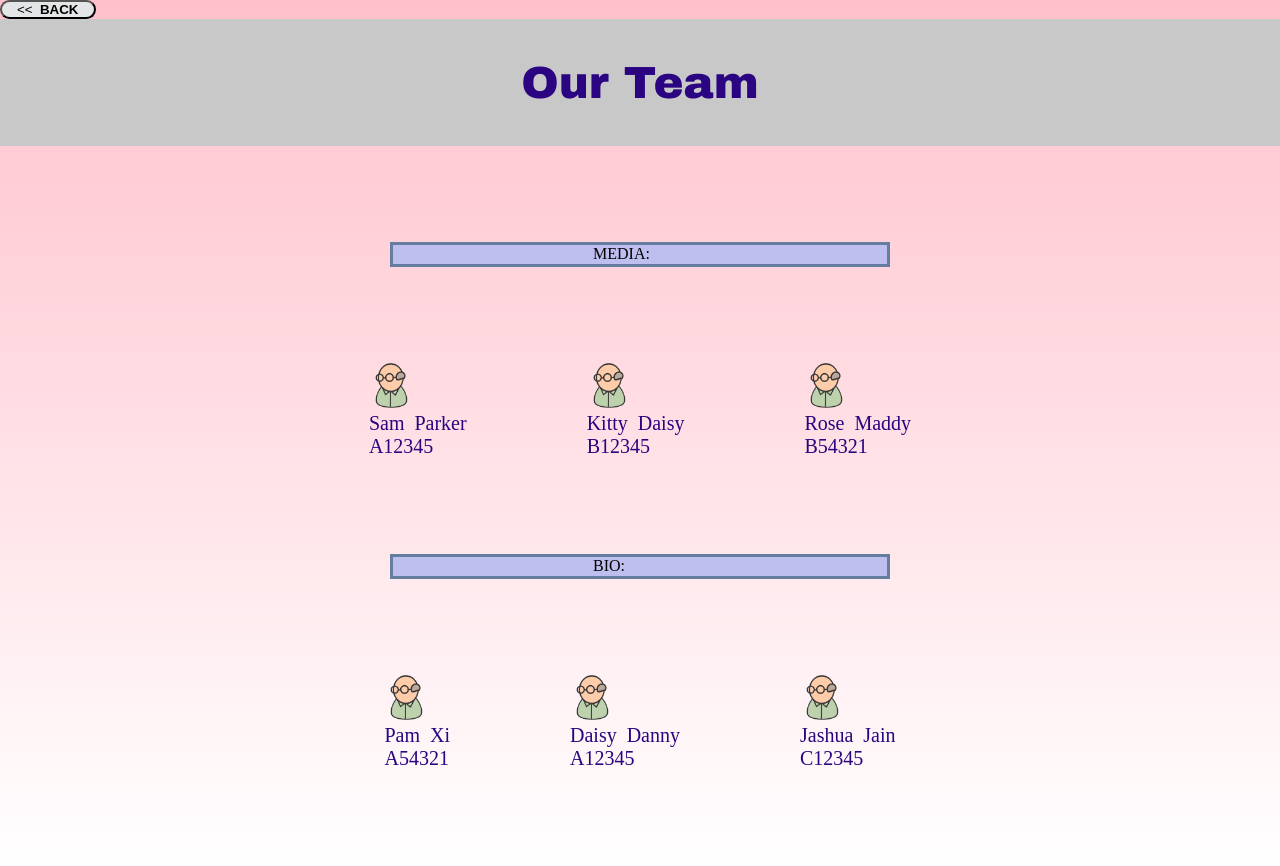
Repository: anoncoderin/madhu-assignment3
Page: /about
These files come from the project's save history. The page is drawn as it stood at one moment and after the next save; the edit follows.
The browser window is 1280 px wide. The pictures show the whole page.
The project was rebuilt for these pictures with package versions that can differ from the ones it lists, and the page was loaded fresh each time. The framework's server and built-in components were replaced by stand-ins that run in the browser. Also part of the build but not shown: next.config.js.

Above is the page before, as saved 2023-01-22 22:36:37.

### pages/about.js
import data from '../data/employee.json'
import { useState } from 'react'
import Link from 'next/link'
import Employee from '../components/Employee'
import styles from '@/styles/about.module.css'



export default function About() {
    console.log(data);
    const [information, setInformation] = useState([...data])
    return (

        <>
            <Link href="/"><button className={styles.button}>&lt;&lt;&nbsp;&nbsp;<b>BACK</b></button></Link>

            <div className={styles.header}>Our Team</div>

            <div className={styles.main}>
            <div className={styles.record}>MEDIA:</div>

            <div className={styles.row}>
            {

                information && information.map((info, index) => {
                    if (info.department === "Media") {
                        return (
                            <Employee key={index} employeeNumber={info.employeeNumber}
                                firstName={info.firstName}
                                lastName={info.lastName}
                            >
                            </Employee>

                        )
                    }

                }
                )
            }
            </div>

            <div className={styles.record}>BIO:</div>
            <div className={styles.row}>
            {
                information && information.map((info, index) => {
                    if (info.department === "Bio") {
                        return (
                            <Employee key={index} employeeNumber={info.employeeNumber}
                                firstName={info.firstName}
                                lastName={info.lastName}
                            >
                            </Employee>

                        )
                    }
                }
                )
            }
            </div>
            </div>

        </>

    )
}

### styles/globals.css
:root {
  --max-width: 1100px;
  --border-radius: 12px;
  --font-mono: ui-monospace, Menlo, Monaco, 'Cascadia Mono', 'Segoe UI Mono',
    'Roboto Mono', 'Oxygen Mono', 'Ubuntu Monospace', 'Source Code Pro',
    'Fira Mono', 'Droid Sans Mono', 'Courier New', monospace;

  --foreground-rgb: 0, 0, 0;
  --background-start-rgb: 255, 192, 203;
  --background-end-rgb: 255, 255, 255;

  --primary-glow: conic-gradient(
    from 180deg at 50% 50%,
    hsla(78, 61%, 87%, 0.2) 0deg,
    #0885ff33 55deg,
    #54d6ff33 120deg,
    #0071ff33 160deg,
    transparent 360deg
  );
  --secondary-glow: radial-gradient(
    rgba(255, 255, 255, 1),
    rgba(255, 255, 255, 0)
  );

  --tile-start-rgb: 239, 245, 249;
  --tile-end-rgb: 228, 232, 233;
  --tile-border: conic-gradient(
    #00000080,
    #00000040,
    #00000030,
    #00000020,
    #00000010,
    #00000010,
    #00000080
  );

  --callout-rgb: 238, 240, 241;
  --callout-border-rgb: 172, 175, 176;
  --card-rgb: 180, 185, 188;
  --card-border-rgb: 131, 134, 135;
}

@media (prefers-color-scheme: dark) {
  :root {
    --foreground-rgb: 255, 255, 255;
    --background-start-rgb: 0, 0, 0;
    --background-end-rgb: 0, 0, 0;

    --primary-glow: radial-gradient(rgba(1, 65, 255, 0.4), rgba(1, 65, 255, 0));
    --secondary-glow: linear-gradient(
      to bottom right,
      rgba(1, 65, 255, 0),
      rgba(1, 65, 255, 0),
      rgba(1, 65, 255, 0.3)
    );

    --tile-start-rgb: 2, 13, 46;
    --tile-end-rgb: 2, 5, 19;
    --tile-border: conic-gradient(
      #ffffff80,
      #ffffff40,
      #ffffff30,
      #ffffff20,
      #ffffff10,
      #ffffff10,
      #ffffff80
    );

    --callout-rgb: 20, 20, 20;
    --callout-border-rgb: 108, 108, 108;
    --card-rgb: 100, 100, 100;
    --card-border-rgb: 200, 200, 200;
  }
}

* {
  box-sizing: border-box;
  padding: 0;
  margin: 0;
}

html,
body {
  max-width: 100vw;
  overflow-x: hidden;
}

body {
  color: rgb(var(--foreground-rgb));
  background: linear-gradient(
      to bottom,
      transparent,
      rgb(var(--background-end-rgb))
    )
    rgb(var(--background-start-rgb));
}

a {
  color: inherit;
  text-decoration: none;
}

@media (prefers-color-scheme: dark) {
  html {
    color-scheme: dark;
  }
}

### data/employee.json

[
{
    "employeeNumber": "A12345",
    "firstName": "Sam",
    "lastName": "Parker",
    "department": "Media"
},
{
    "employeeNumber": "A54321",
    "firstName": "Pam",
    "lastName": "Xi",
    "department": "Bio"
},
{
    "employeeNumber": "B12345",
    "firstName": "Kitty",
    "lastName": "Daisy",
    "department": "Media"
},
{
    "employeeNumber": "B54321",
    "firstName": "Rose",
    "lastName": "Maddy",
    "department": "Media"
},
{
    "employeeNumber": "A12345",
    "firstName": "Daisy",
    "lastName": "Danny",
    "department": "Bio"
},
{
    "employeeNumber": "C12345",
    "firstName": "Jashua",
    "lastName": "Jain",
    "department": "Bio"
}





]

### components/Employee/index.js
import styles from '@/styles/about.module.css'
export default function Employee(
    {
        employeeNumber = "none",
        firstName = "none",
        lastName = "none",
        department = "none",
        image = 'icon/personThree.png'
    }
) {
    return (
        <div>
            <div>
                <img src={image} width="45px"></img>
            </div>

            <div className={styles.dpt}>
                <p> {firstName} &nbsp;
                    {lastName}<br></br>
                    {employeeNumber}
                </p>
            </div>
        </div>
    )
}

### styles/about.module.css
.header{
    display: flex;
    flex-direction: column;
    justify-content: space-between;
    align-items: center;
        padding: 39px;
    background-color: rgb(201, 200, 200);
    color: rgb(42, 4, 129);

    font-size: 45px;
    margin: 45;
    font-family: arial black;

}



.main {
    display: flex;
    flex-direction: column;
    justify-content: space-between;
    align-items: center;
    padding: 6rem;
    min-height: 100vh;
  }

  .dpt{
    color: rgb(42, 4, 129) ;
    font-size: 20px;

  }

  .record{
    padding-left: 200px;
    height: 25px;
    width: 500px;
    background-color: #bebeef;
    border-style:solid;
    border-color:#657d9f;
  }

  .row{
    display: flex;
    flex-direction: row;
    justify-content:space-evenly;
    gap: 120px;

  }
  .button{
    padding-left: 15px;
    padding-right: 15px;

    border-radius: 10px;
    background-color: #e4e5e6;
  }

Loaded but not shown: pages/_app.js (common file); pages/_document.js (common file)

After the next save:
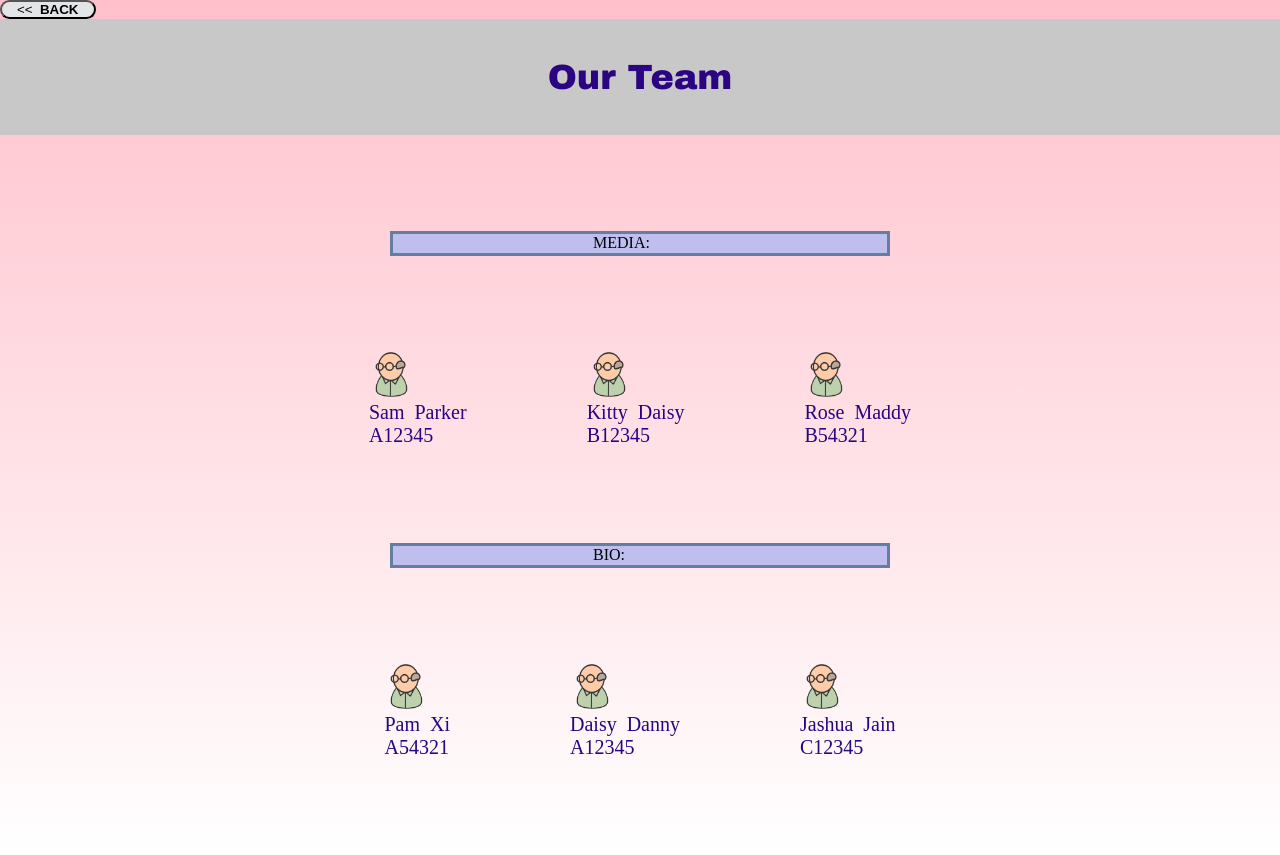
Saved 5 min 46 s later.
--- a/styles/about.module.css
+++ b/styles/about.module.css
@@ -7,7 +7,7 @@
     background-color: rgb(201, 200, 200);
     color: rgb(42, 4, 129);
 
-    font-size: 45px;
+    font-size: 35px;
     margin: 45;
     font-family: arial black;
 
